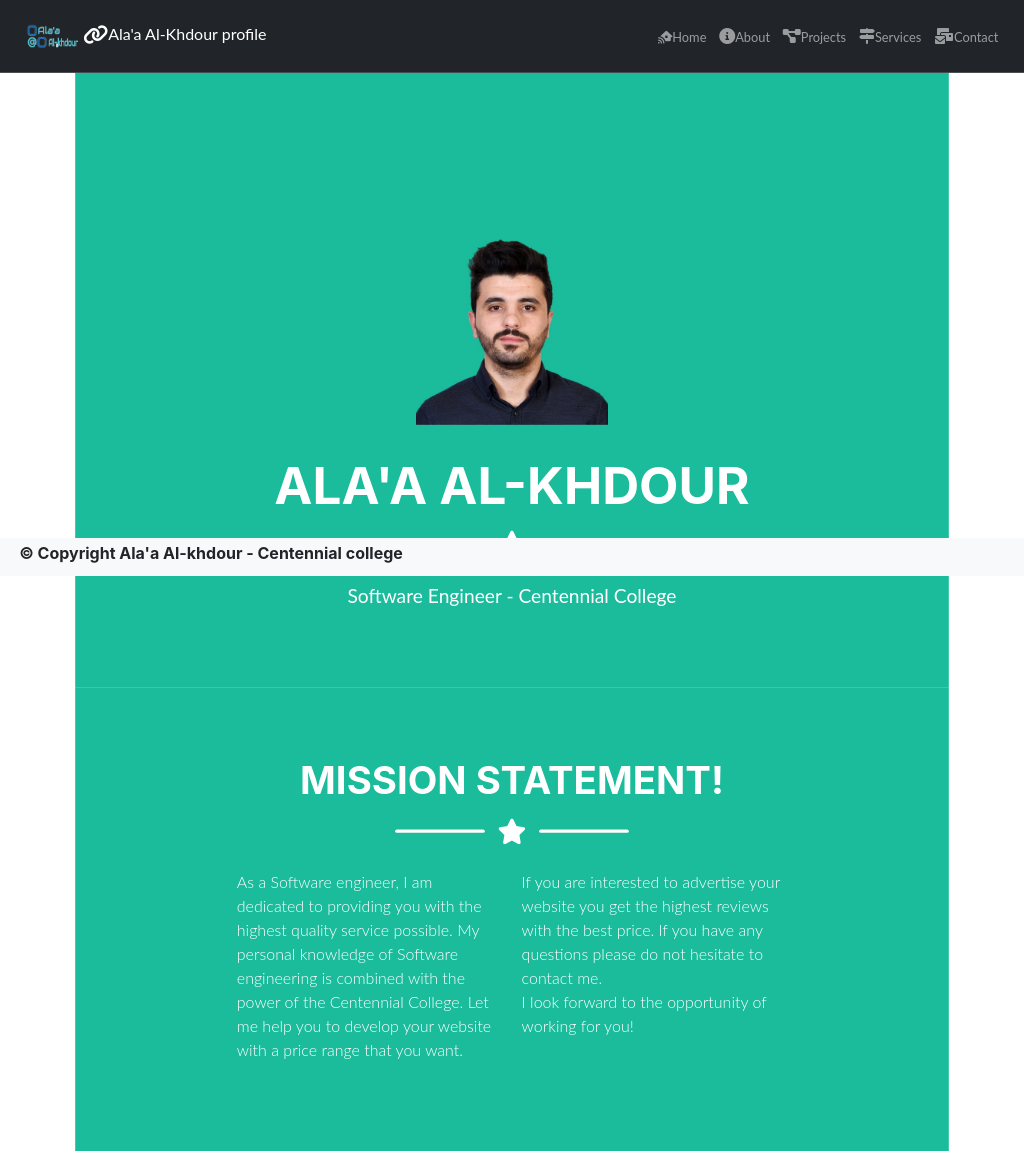
Repository: alaakhdour/heroukulivesite-section1
Page: http://localhost/
These files come from the project's save history. The page is drawn as it stood at one moment and after the next save; the edit follows.
The browser window is 1280 px wide. The pictures show the whole page, at 80% of full size.
The page is served by the project's Node server (server.js).

Above is the page before, as saved 2022-06-18 01:52:20.

After the next save:
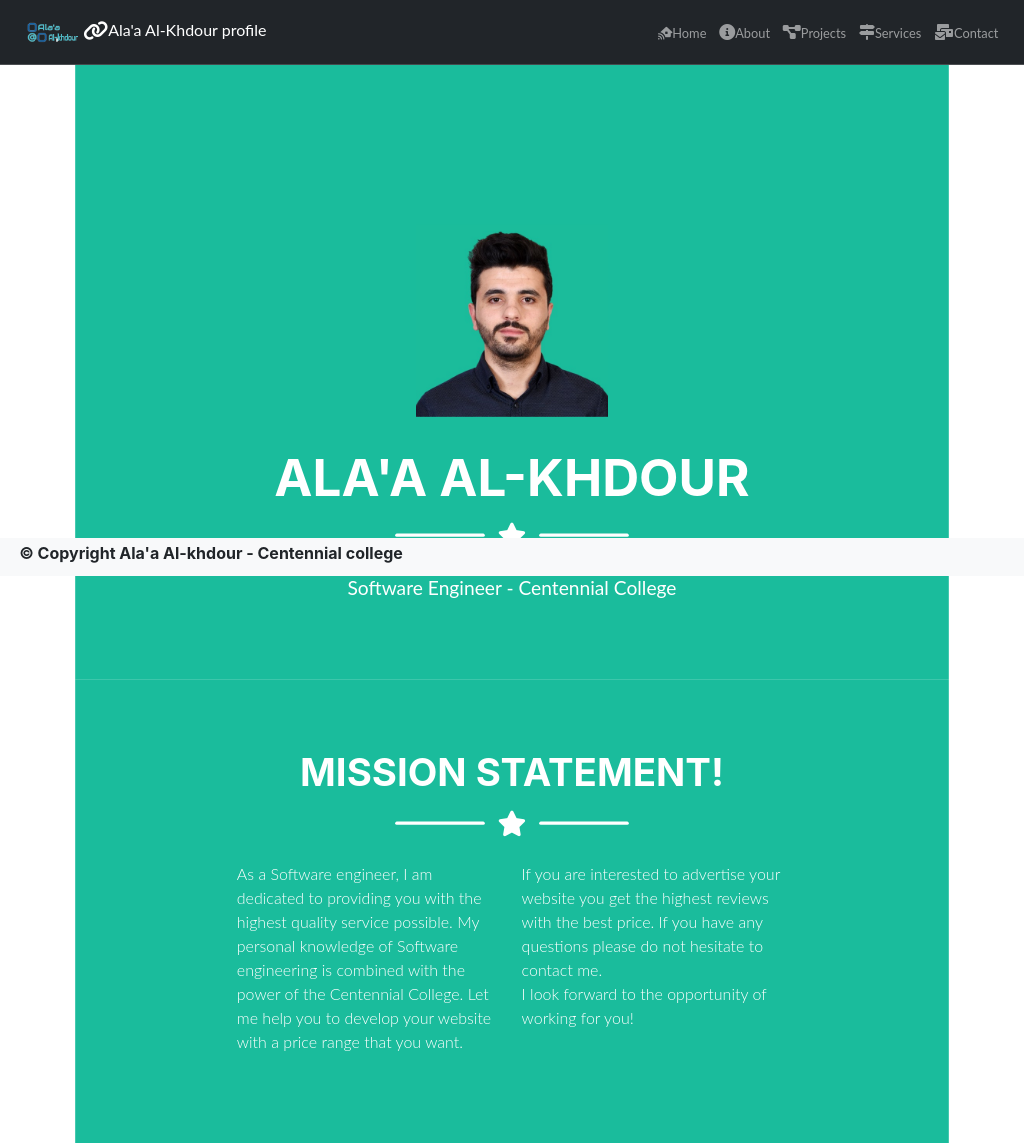
Saved 36 s later.
--- a/Server/Views/components/header.ejs
+++ b/Server/Views/components/header.ejs
@@ -1,6 +1,6 @@
 <nav class="navbar navbar-expand-lg navbar-dark bg-dark">
     <div class="container-fluid">
-      <a class="navbar-brand" href="/"> <img src="./Assets/images/logo.png" alt="" width="80" height="65"><i class="fa-solid fa-link fa-lg"></i>Ala'a Al-Khdour profile</a>
+      <a class="navbar-brand" href="/"> <img src="./Assets/images/logo.png" alt="" width="80" height="55"><i class="fa-solid fa-link fa-lg"></i>Ala'a Al-Khdour profile</a>
       <button class="navbar-toggler" type="button" data-bs-toggle="collapse" data-bs-target="#navbarSupportedContent" aria-controls="navbarSupportedContent" aria-expanded="false" aria-label="Toggle navigation">
         <span class="navbar-toggler-icon"></span>
       </button>
